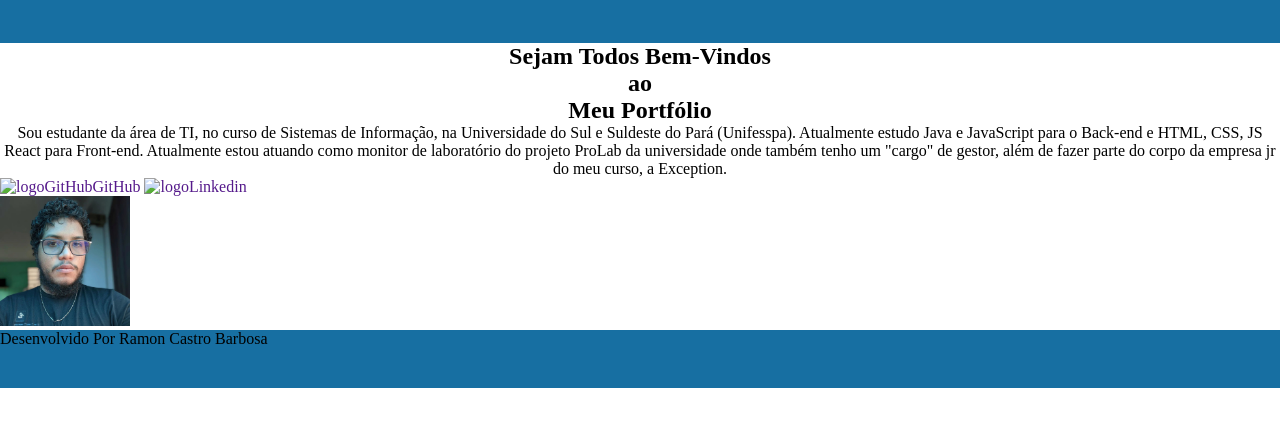
Repository: ramoncbarbosa/Web1_Atividade2
Page: index.html
An editor plug-in stored every save of this project. The page is shown before and after the next save, followed by the edit.
The browser window is 1280 px wide. The pictures show the whole page.

Above is the page before, as saved 2023-06-10 15:27:50.

After the next save:
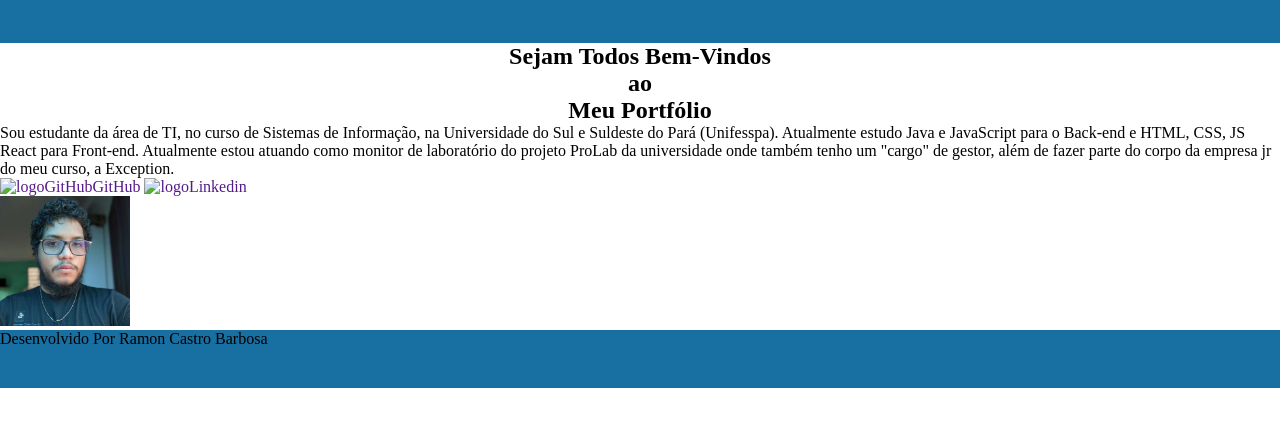
Saved 33 s later.
--- a/styles/styles.css
+++ b/styles/styles.css
@@ -30,7 +30,7 @@
 }
 
 .principal__texto{
-    text-align: center;
+    align-items: center;
     flex-wrap: wrap;
     justify-content: space-around;
 }
